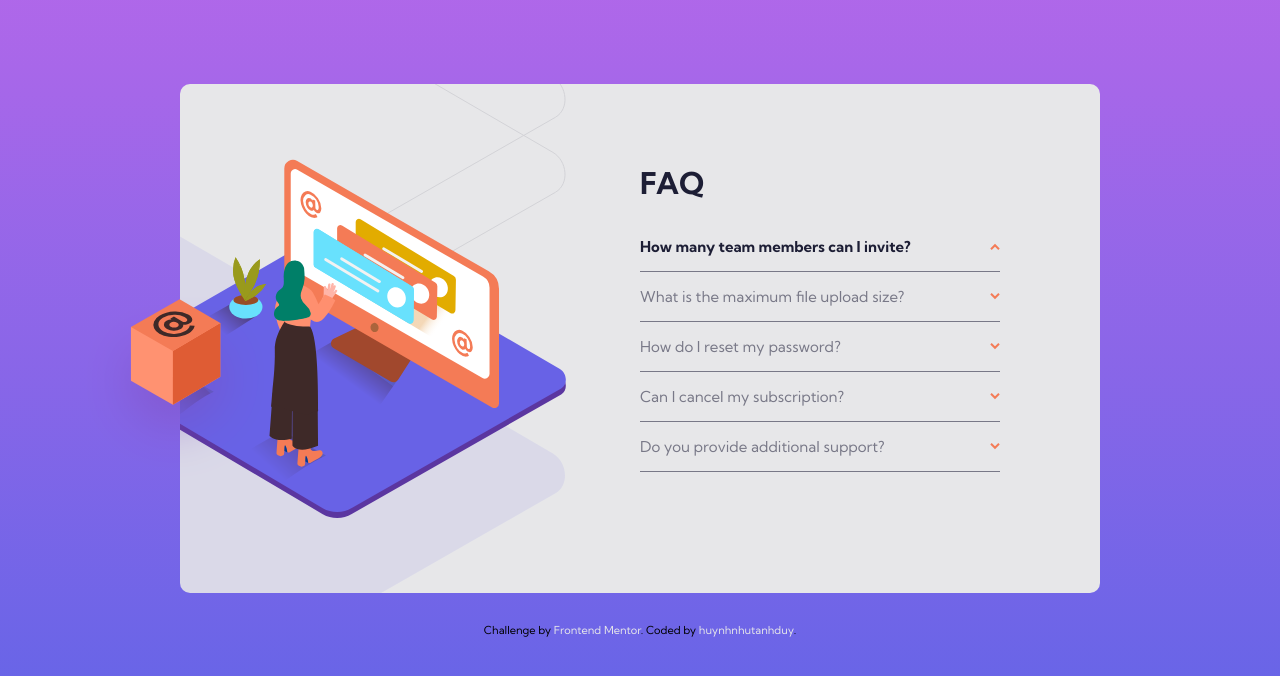
Repository: huynhnhutanhduy/faq-accordion-card
Page: index.html
These files come from the project's save history. The page is drawn as it stood at one moment and after the next save; the edit follows.
The browser window is 1280 px wide. The pictures show the whole page.
After loading, the first visible `div.card-item__header` was clicked once.

Above is the page before, as saved 2022-10-22 14:10:28.

After the next save:
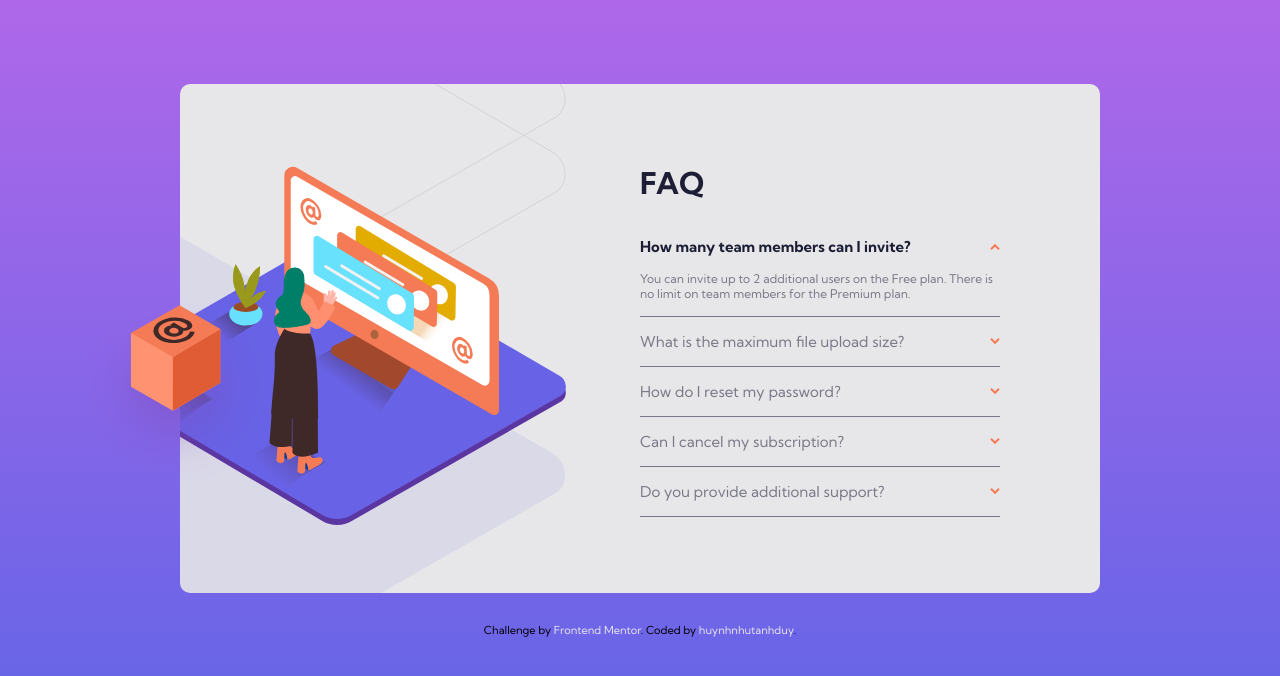
Saved 16 s later.
--- a/app.css
+++ b/app.css
@@ -112,7 +112,8 @@ img {
   font-weight: 700;
 }
 .active .card-item__content {
-  display: block;
+  /* display: block; */
+  height: auto;
 }
 .card-item__header > * {
   pointer-events: none;

After the save that followed:
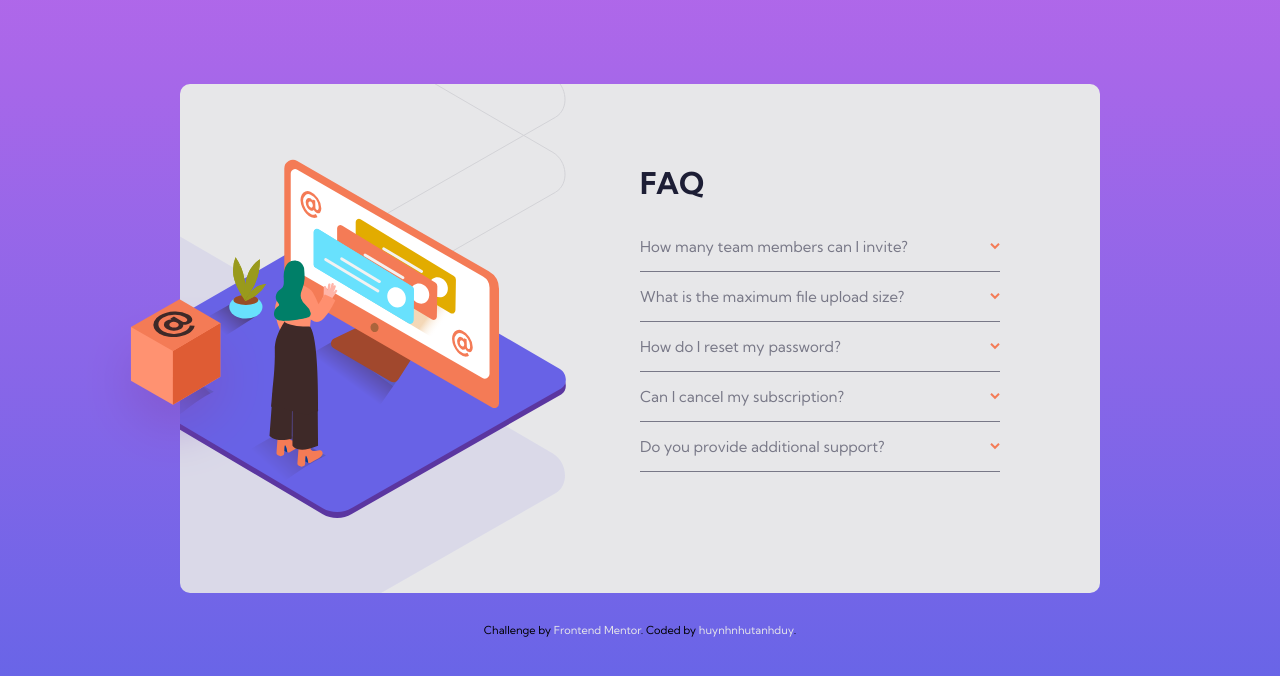
Saved 4 min 53 s later.
--- a/app.js
+++ b/app.js
@@ -1,13 +1,13 @@
 const headers = document.querySelectorAll(".card-item__header");
 [...headers].forEach((item) =>
   item.addEventListener("click", function () {
-    if (this.parentNode.classList.contains("active")) {
-      this.parentNode.classList.toggle("active");
-      console.log(1);
-    } else {
-      headers.forEach((value) => value.parentNode.classList.remove("active"));
-      this.parentNode.classList.add("active");
-      console.log(0);
-    }
+    // if (this.parentNode.classList.contains("active")) {
+    //   this.parentNode.classList.toggle("active");
+    //   console.log(1);
+    // } else {
+    //   headers.forEach((value) => value.parentNode.classList.remove("active"));
+    //   this.parentNode.classList.add("active");
+    //   console.log(0);
+    // }
   })
 );
